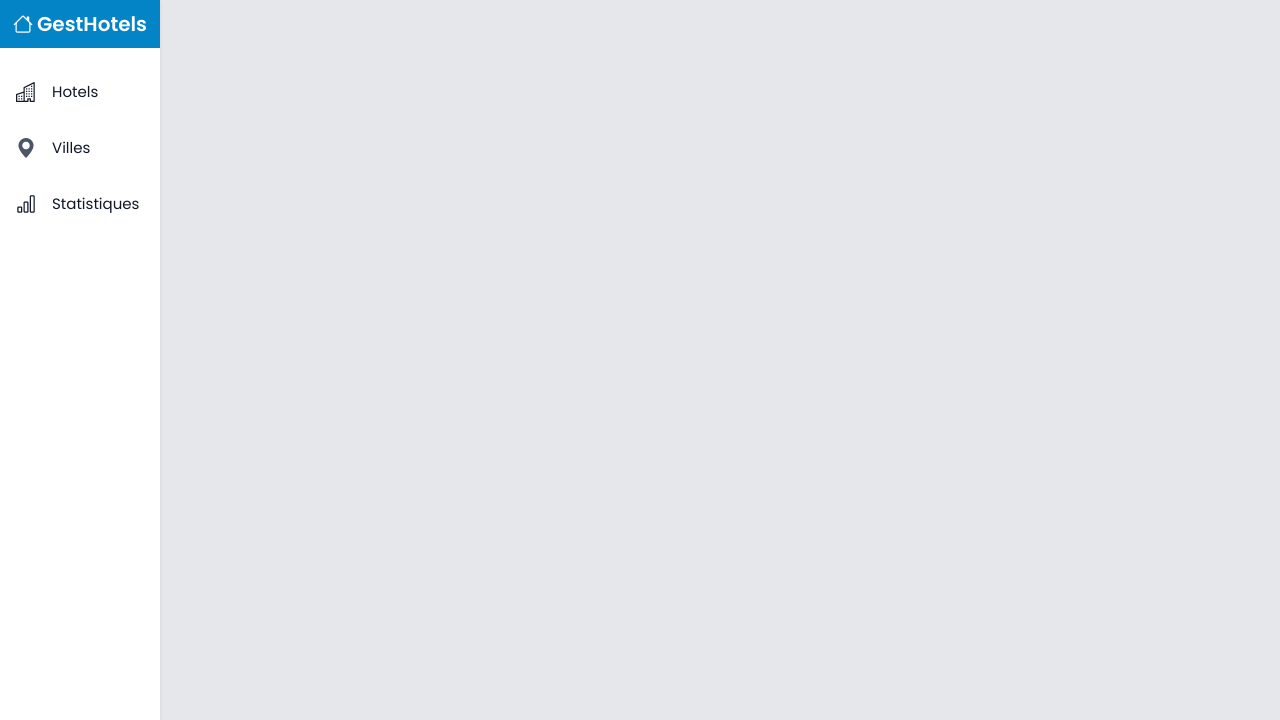
Repository: yahyamourid/GestHotelsEJB
Page: http://localhost/ISICEJBWeb/sidBar.jsp
These files come from the project's save history. The page is drawn as it stood at one moment and after the next save; the edit follows.
The browser window is 1280 px wide. The pictures show the whole page.
Some web libraries are served in a nearby version. The page is served by Tomcat 10. Nobody is signed in. The application's start-up code is not run.

Above is the page before, as saved 2023-12-01 16:02:55.
Console error: TypeError: Cannot read properties of null (reading 'classList')

After the next save:
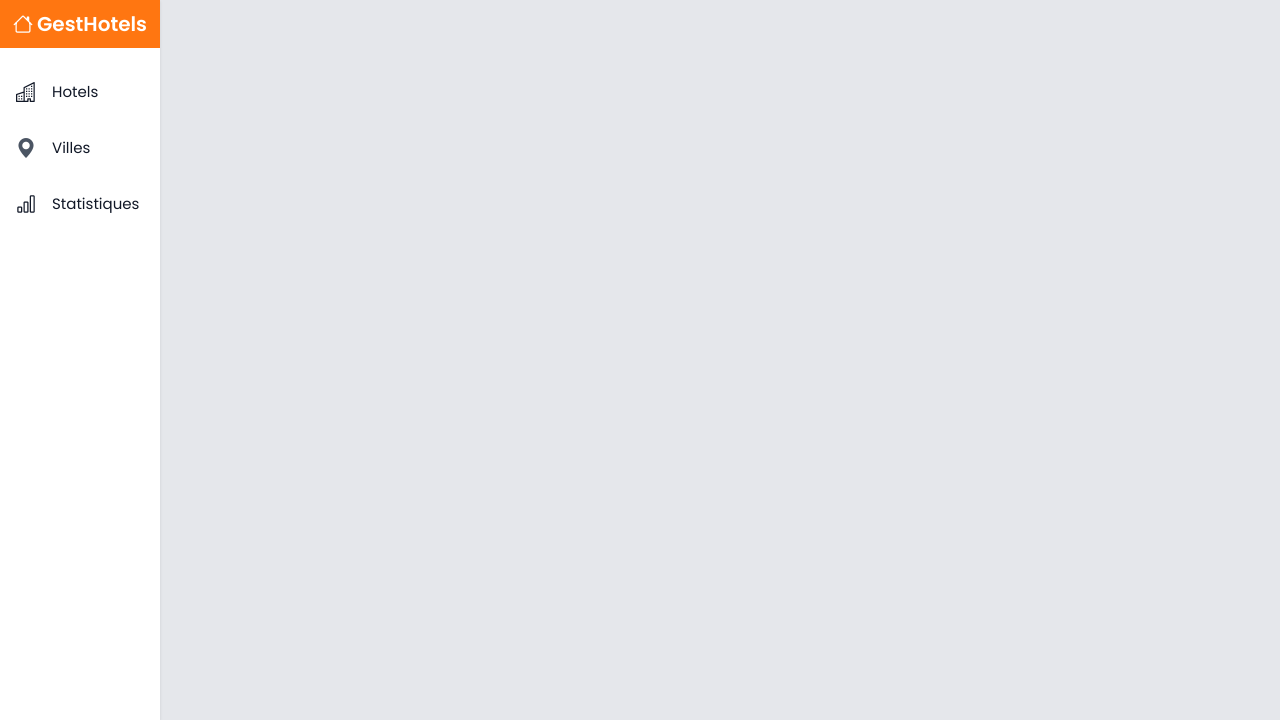
Saved 30 s later.
--- a/ISICEJBWeb/src/main/webapp/sidBar.jsp
+++ b/ISICEJBWeb/src/main/webapp/sidBar.jsp
@@ -38,7 +38,7 @@
 
 
             <div class=" text-xl">
-                <div class="p-2.5  flex justify-center items-center  mb-5 bg-sky-600 ">
+                <div class="p-2.5  flex justify-center items-center  mb-5 bg-[#FF7611] ">
                     <i class="bi bi-house text-white"></i>
                     <h1 class="ml-1 text-xl text-white font-semibold">GestHotels</h1>
                 </div>
